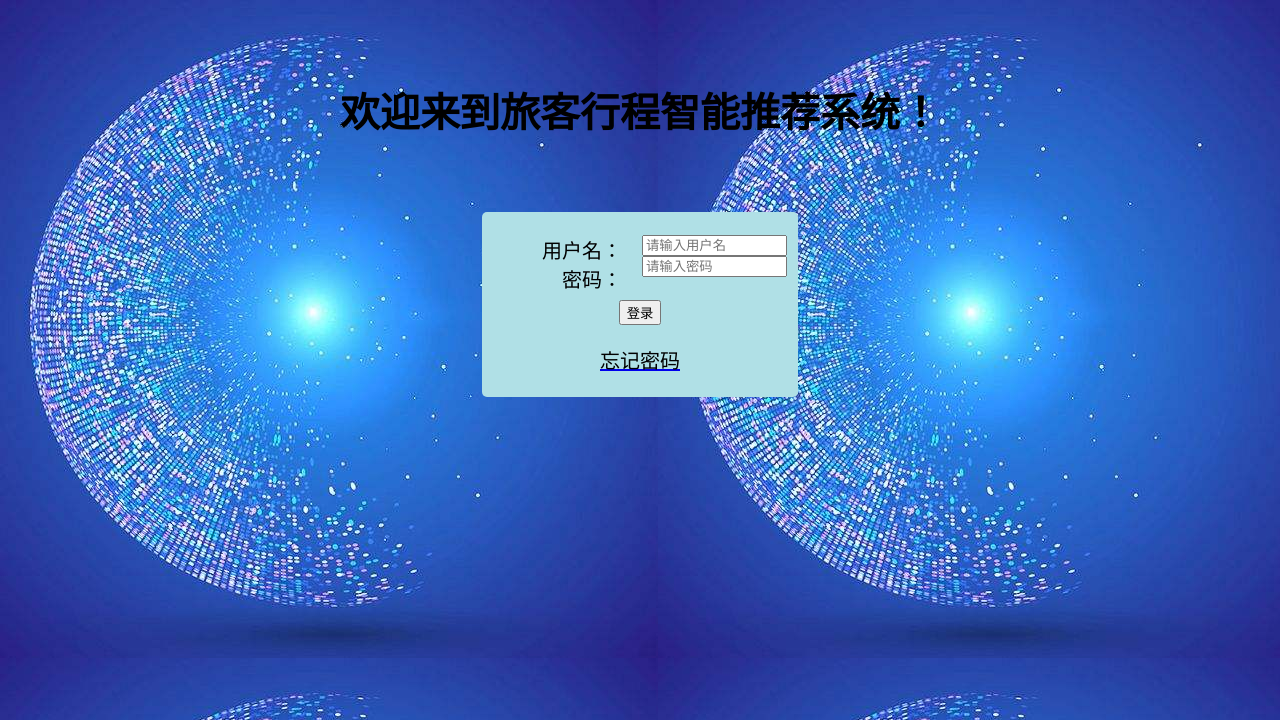
Repository: never-404/Intelligent-recommendation-system
Page: http://localhost/Intelligent-recommendation-system/log.jsp
These files come from the project's save history. The page is drawn as it stood at one moment and after the next save; the edit follows.
The browser window is 1280 px wide. The pictures show the whole page.
The page is served by Tomcat 9. Nobody is signed in. The application's start-up code is not run. Other server files are loaded and not shown.

Above is the page before, as saved 2019-04-19 00:51:43.

### Intelligent-recommendation-system/WebRoot/log.jsp
<%@ page language="java" contentType= "text/html;charset=gb2312" %>
<html>

	<head>
		<title>登录页面</title>
	    <meta charset="utf-8">

		<style type="text/css">
		.title
		{
			font-size: 300%

		}
		.table
		{
			margin:auto;
			width:25%;
			background-color:#b0e0e6;
			border-radius:5px;
		}
		lable { float: left; width: 7em; margin-right:1em; text-align: right; }
		h1	  {text-align: center}
	    body{
        font-size:20px;
        font-family:"宋体";
        background-image:url(circle.jpg);

    	}
        .a{
            text-align:center;
            vertical-align:middle;
        }
        img{max-width: 100%; height:auto;}

</style>
	</head>

	<body>
	<BR>	<BR>
	<h1>欢迎来到旅客行程智能推荐系统！</h1>
		<BR>	<BR>
    <div class="table">
    <br>
    	<lable>用户名：</lable><input type="text" name="number" placeholder="请输入用户名" size="15" maxlength="10"/>
        <!--学号为10位-->
        <br>
        <lable>密码：</lable><input type="password" name="passport" placeholder="请输入密码" size="15" maxlength="10"/>
        <br><br>

	<div class=a>

    <form action = "mainpage.jsp" method = "post">
		<input type="submit" value ="登录">
	</form>

	<a href="forget_pswd.jsp"><font color="#000000">忘记密码</font></a>
	</div>
	<br>
	    </div>
	</body>


</html>

After the next save:
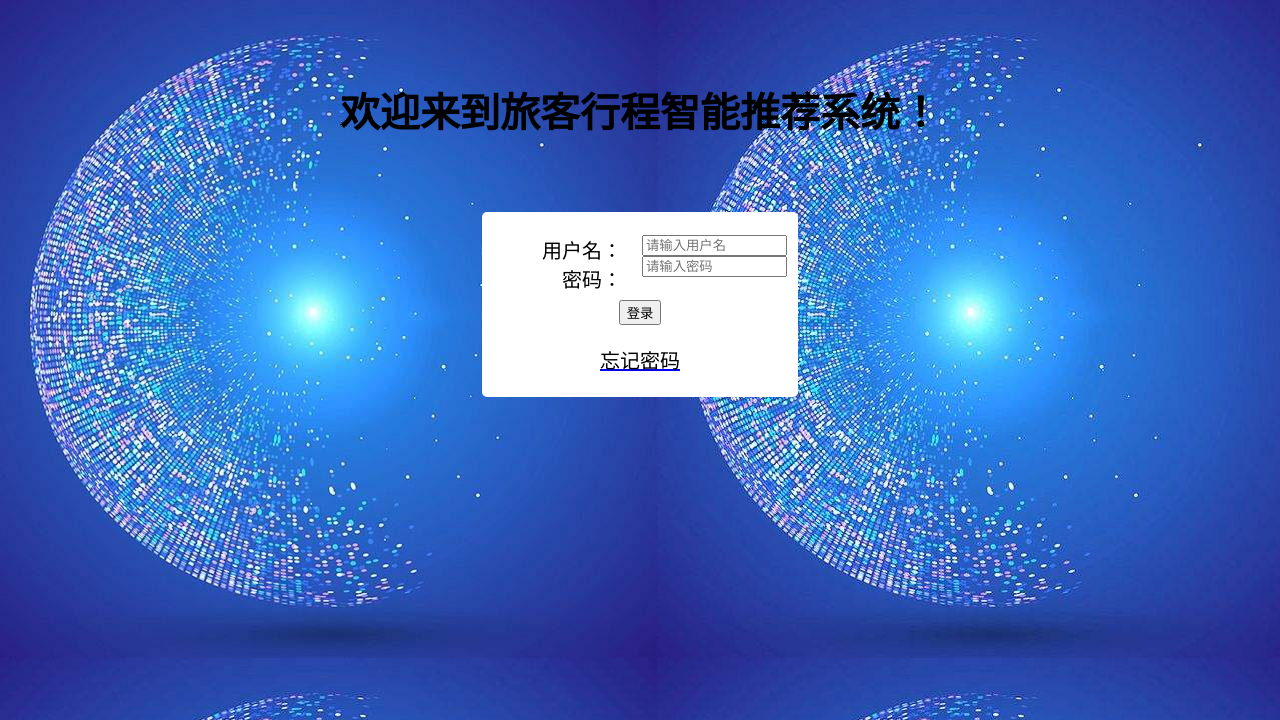
Saved 24 s later.
--- a/Intelligent-recommendation-system/WebRoot/log.jsp
+++ b/Intelligent-recommendation-system/WebRoot/log.jsp
@@ -15,7 +15,7 @@
 		{
 			margin:auto;
 			width:25%;
-			background-color:#b0e0e6;
+			background-color:#ffffff;
 			border-radius:5px;
 		}
 		lable { float: left; width: 7em; margin-right:1em; text-align: right; }
